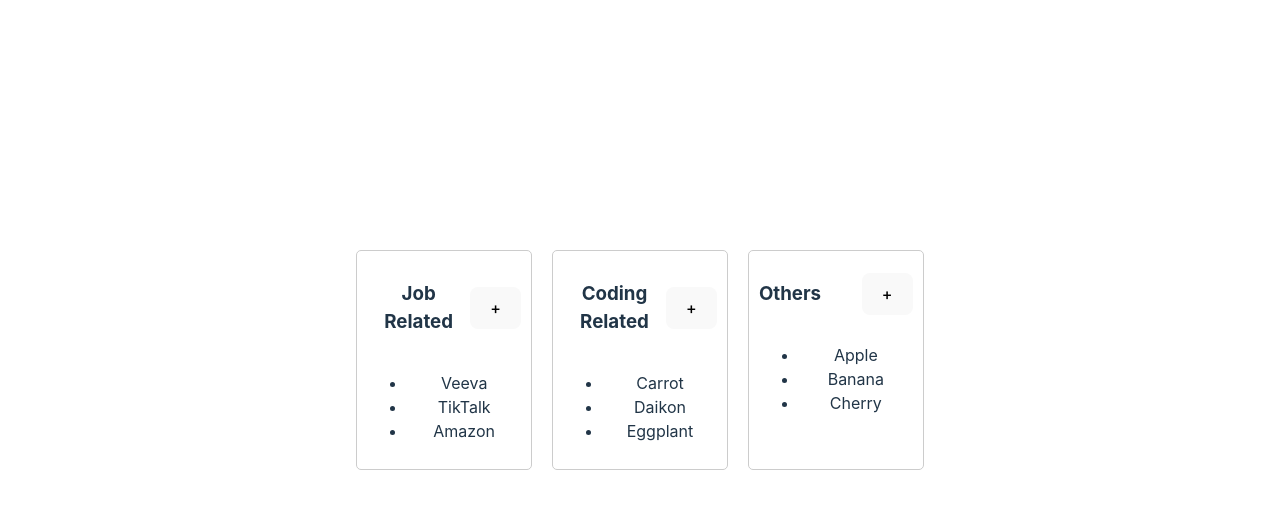
Repository: UofS-Jinhua/MyWebApp
Page: /
An editor plug-in stored every save of this project. The page is shown before and after the next save, followed by the edit.
The browser window is 1280 px wide. The pictures show the whole page.
The project was rebuilt for these pictures with package versions that can differ from the ones it lists, and the page was loaded fresh each time. Also part of the build but not shown: vite.config.js.

Above is the page before, as saved 2024-10-23 13:03:04.

### src/App.jsx
// import { useState } from "react";
import "./App.css";
import Category from "./components/Category";

function App() {
  return (
    <div className="categories-container">
      <Category
        c_name="Job Related"
        contents={["Veeva", "TikTalk", "Amazon"]}
      />
      <Category
        c_name="Coding Related"
        contents={["Carrot", "Daikon", "Eggplant"]}
      />

      <Category c_name="Others" contents={["Apple", "Banana", "Cherry"]} />
    </div>
  );
}

export default App;

### src/App.css
#root {
  max-width: 1280px;
  margin: 0 auto;
  padding: 2rem;
  text-align: center;
}

.categories-container {
  display: flex;
  justify-content: space-around;
}

.category {
  margin: 10px;
  padding: 10px;
  border: 1px solid #ccc;
  border-radius: 5px;
  width: 30%;
  box-sizing: border-box;
}

.category-header {
  display: flex;
  justify-content: space-between;
  align-items: center;
}

.add-button:hover {
  background-color: #45a049;
}

### src/components/Category.jsx
import { useState } from "react";

export default function Category({ c_name, contents }) {
  const [cur_contents, set_cur_contents] = useState(contents);

  function addContent() {
    const new_content = prompt("Enter new content:");
    set_cur_contents([...cur_contents, new_content]);
  }

  return (
    <div className="category">
      <div className="category-header">
        <h3>{c_name}</h3>
        <button className="add-button" onClick={addContent}>
          +
        </button>
      </div>
      <ul>
        {cur_contents.map((content, index) => (
          <li key={index}>{content}</li>
        ))}
      </ul>
    </div>
  );
}

Loaded but not shown: index.html (common file); src/main.jsx (common file); src/index.css (common file)

After the next save:
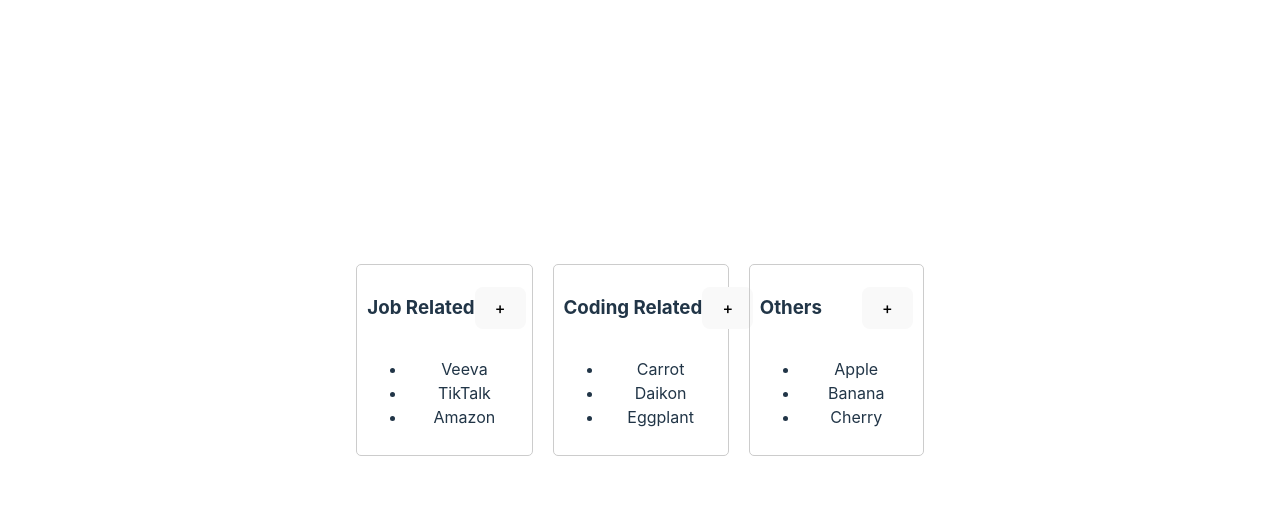
Saved 68 s later.
--- a/src/App.css
+++ b/src/App.css
@@ -23,6 +23,7 @@
   display: flex;
   justify-content: space-between;
   align-items: center;
+  white-space: nowrap; /* 防止换行 */
 }
 
 .add-button:hover {
